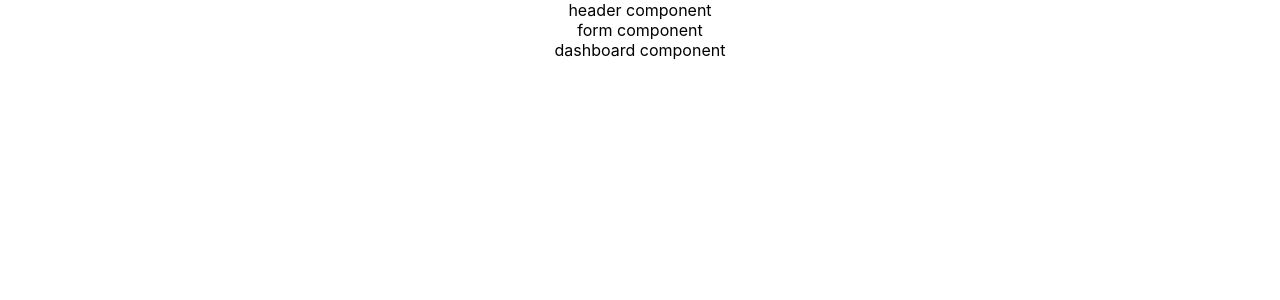
Repository: ooter37/shelfie
Page: /
The author's editor kept a copy of each file at every save. The page is drawn from the files as they stood at one save, then again after the next save.
The browser window is 1280 px wide. The pictures show the whole page.
The project was rebuilt for these pictures with package versions that can differ from the ones it lists, and the page was loaded fresh each time.

Above is the page before, as saved 2020-04-03 09:29:23.

### src/App.js
import React from 'react';
import logo from './logo.svg';
import './App.css';
import Header from './Components/Header/Header'
import Product from './Components/Product/Product'
import Dashboard from './Components/Dashboard/Dashboard'
import Form from './Components/Form/Form'

function App() {
  return (
    <div className="App">
      <Header/>
      <Form/>
      <Dashboard>
        <Product/>
      </Dashboard>
    </div>
  );
}

export default App;

### src/Components/Header/Header.js
import React from 'react'

export default class Header extends React.Component {
    constructor() {
        super()
    }
    render() {
        return (
            <div>header component</div>
        )
    }
}

### src/Components/Dashboard/Dashboard.js
import React from 'react'
import Product from '../Product/Product'

export default class Dashboard extends React.Component {
    constructor() {
        super()
    }
    render() {
        return (
            <div>dashboard component</div>
        )
    }
}

### src/Components/Form/Form.js
import React from 'react'

export default class Form extends React.Component {
    constructor() {
        super()
    }
    render() {
        return (
            <div>form component</div>
        )
    }
}

### src/Components/Product/Product.js
import React from 'react'

export default class Product extends React.Component {
    constructor() {
        super()
    }
    render() {
        return (
            <div>product component</div>
        )
    }
}

Loaded but not shown: public/index.html (common file); src/index.js (common file); src/index.css (common file); src/serviceWorker.js (common file); src/App.css (common file)

After the next save:
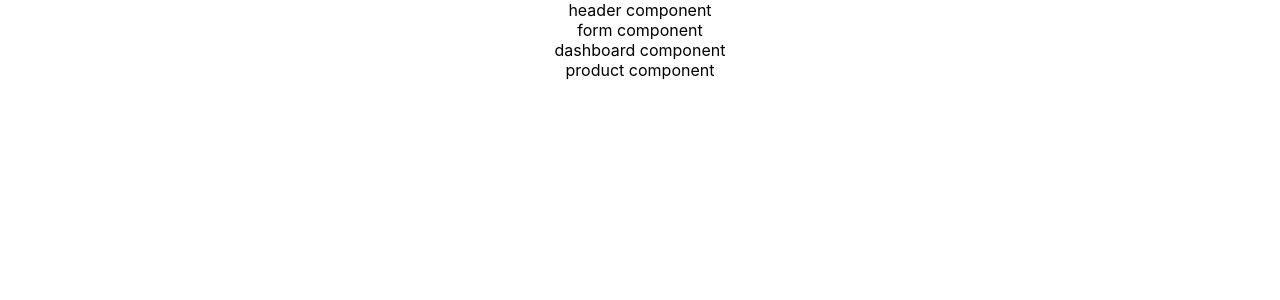
Saved 15 s later.
--- a/src/Components/Dashboard/Dashboard.js
+++ b/src/Components/Dashboard/Dashboard.js
@@ -7,7 +7,11 @@ export default class Dashboard extends React.Component {
     }
     render() {
         return (
-            <div>dashboard component</div>
+            <div>
+                dashboard component
+                <Product/>
+
+            </div>
         )
     }
 }
